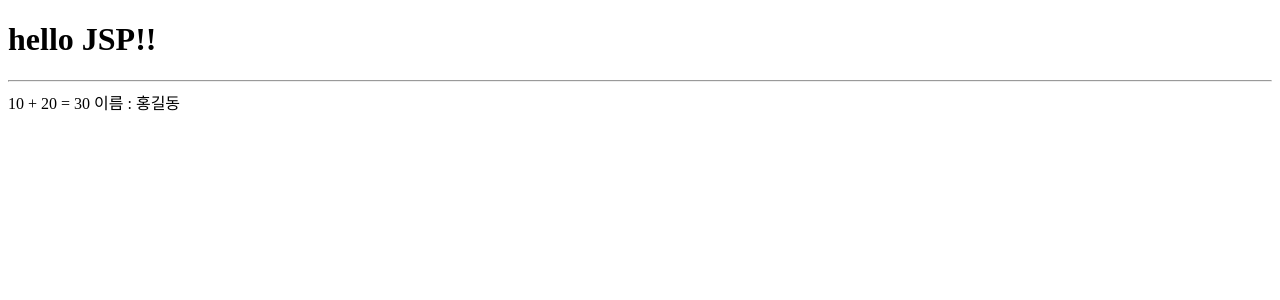
Repository: YooMyeongSeon/JSP_Servlet_Study
Page: http://localhost/web03/hello.jsp
An editor plug-in stored every save of this project. The page is shown before and after a run of saves, followed by the edit.
The browser window is 1280 px wide. The pictures show the whole page.
The page is served by Tomcat 9.

Above is the page before, as saved 2022-06-08 02:12:26.

### web03/WebContent/hello.jsp
<%@ page language="java" contentType="text/html; charset=UTF-8"
    pageEncoding="UTF-8"%>
<!DOCTYPE html>
<html>
<head>
<meta charset="UTF-8">
<title>Insert title here</title>
</head>
<body>
	<%
		String subject = "JSP!!";
	%>
	<h1>hello <%out.println(subject);%></h1>
	<hr>
	<%
		int num1 = 10;
		int num2 = 20;
		int result = num1 + num2;

		out.println(num1 + " + " + num2 + " = " + result); //10 + 20 =30
	%>
	<%!
		String name = "홍길동"; //<%!로 선언가능
	%>

	<%
		out.println("이름 : " + name + "<br>");
	%>
</body>
</html>

After the next 2 saves:
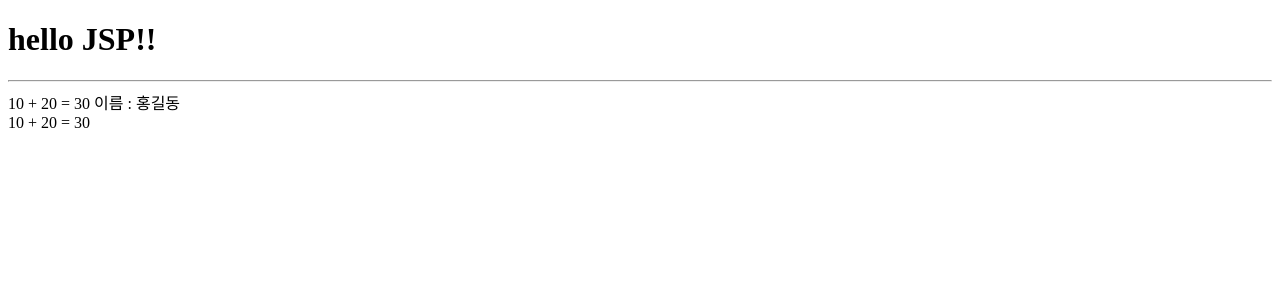
The 2 saves are shown as one change because 1 did not build or start.
The last was saved 119 s later.
--- a/web03/WebContent/hello.jsp
+++ b/web03/WebContent/hello.jsp
@@ -26,5 +26,9 @@
 	<%
 		out.println("이름 : " + name + "<br>");
 	%>
+
+	<%=
+		num1 + " + " + num2 + " = " + result
+	%>
 </body>
 </html>
